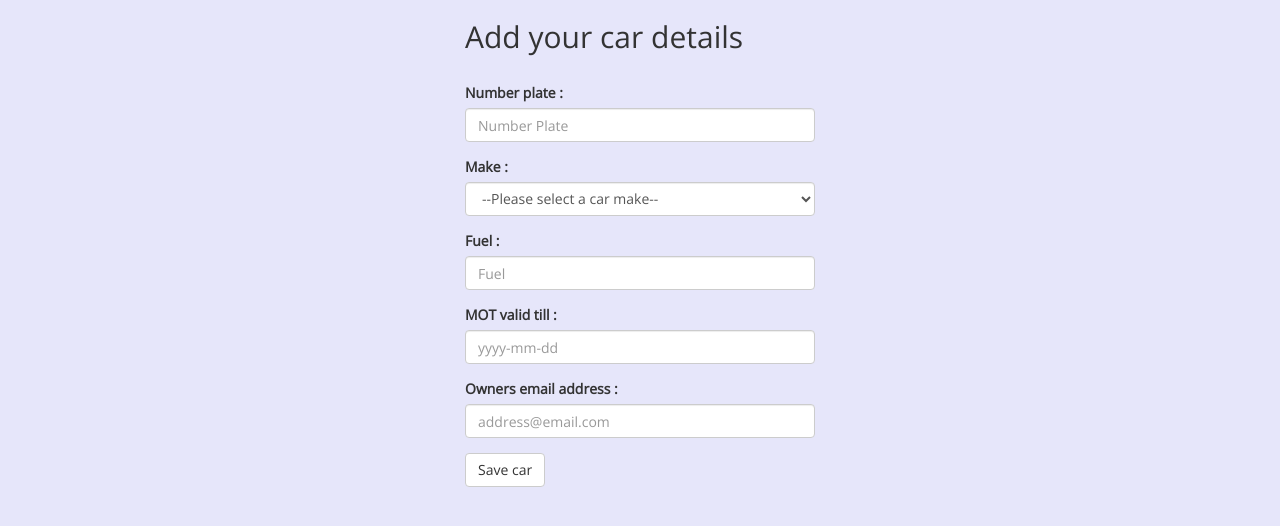
Repository: dornescustefan/SpringMVCProject
Page: http://localhost/ProjectMVC/WEB-INF/jsp/addcar.jsp
The author's editor kept a copy of each file at every save. The page is drawn from the files as they stood at one save, then again after the next save.
The browser window is 1280 px wide. The pictures show the whole page.
Some web libraries are served in a nearby version. The page is served by Tomcat 9. Nobody is signed in. The template is opened directly, without the code that normally fills it, so the values that code supplies are empty.

Above is the page before, as saved 2017-10-16 18:28:34.

After the next save:
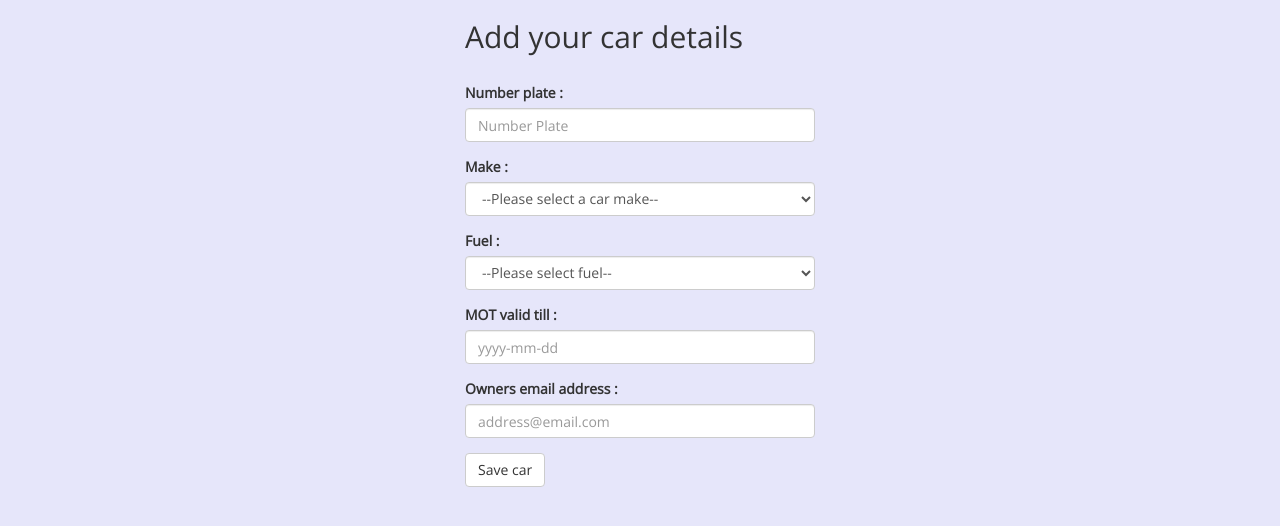
Saved 4 min 52 s later.
--- a/ProjectMVC/src/main/webapp/WEB-INF/jsp/addcar.jsp
+++ b/ProjectMVC/src/main/webapp/WEB-INF/jsp/addcar.jsp
@@ -102,10 +102,15 @@
 </form:select>
 </div>
 
-  	<div class="form-group">
+	<div class="form-group">
         <label  for="fuel">Fuel :</label>
-         <form:input  path="fuel"  id="fuel" class="form-control"  type="text" placeholder="Fuel"/>
-  	</div>
+         <!--<form:input  path="fuel"  id="fuel" class="form-control"  type="text" placeholder="Fuel"/>-->
+         <form:select path="fuel"  id="fuel" class="form-control"  type="text">
+         <option disabled=""  selected="" >--Please select fuel--</option>
+         <option>Diesel</option>
+         <option>Petrol</option>
+         </form:select>
+	</div>
 
   	<div class="form-group">
         <label  for="mot"> MOT valid till :</label>
